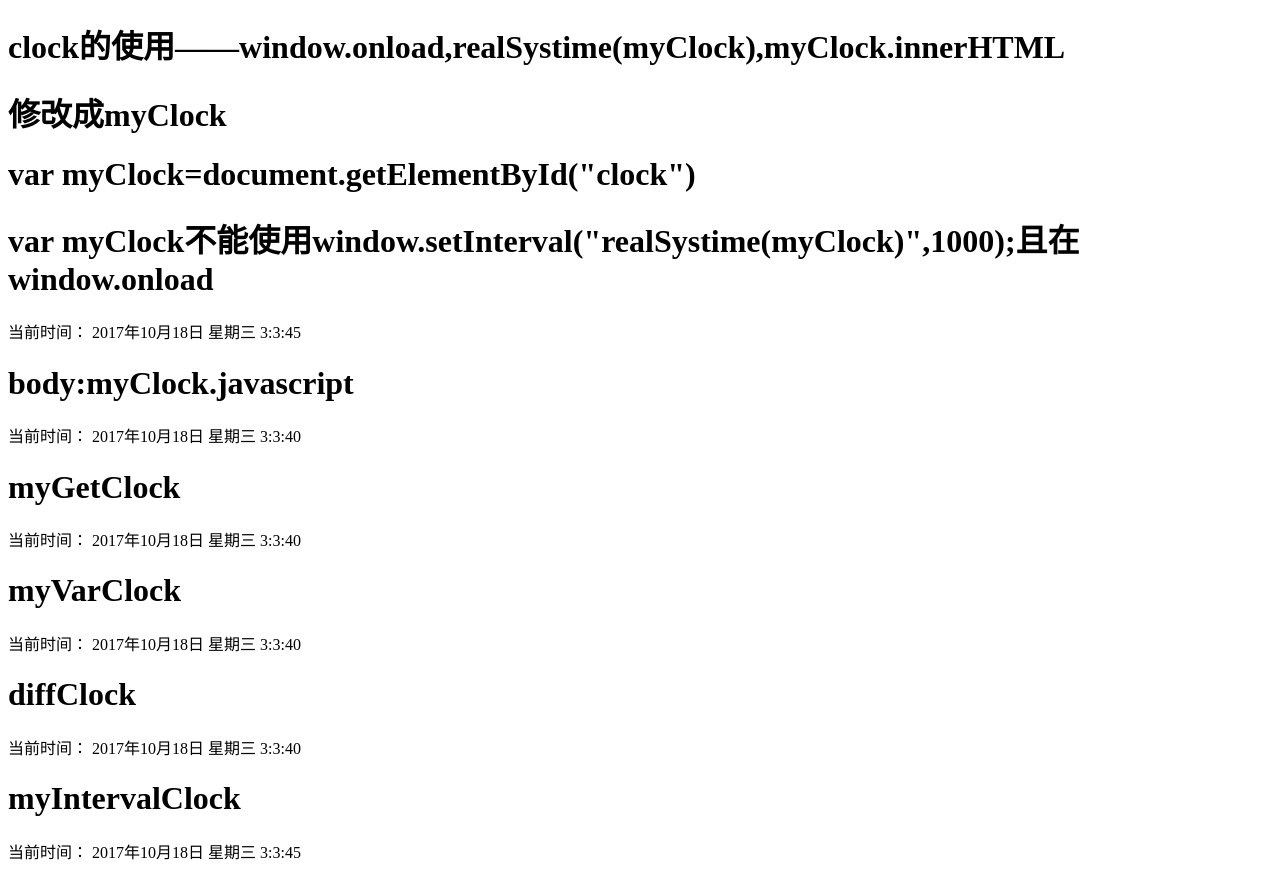
Repository: bookFireFly/bookFireFly
Page: JavaScriptMingriBook/Main/10实时显示系统时间.html
An editor plug-in stored every save of this project. The page is shown before and after the next save, followed by the edit.
The browser window is 1280 px wide. The pictures show the whole page.

Above is the page before, as saved 2017-10-20 09:58:55.

### JavaScriptMingriBook/Main/10实时显示系统时间.html
<!DOCTYPE html>
<html>
<head>
<meta charset="UTF-8">
<script type="text/javascript">
function realSystime(clock){
	var now=new Date();
	var year=now.getFullYear();
	var month=now.getMonth();
	var date=now.getDate();
	var day=now.getDay();
	var hour=now.getHours();
	var minu=now.getMinutes();
	var sec=now.getSeconds();
	month=month+1
	var arr_week=new Array("星期日","星期一","星期二","星期三","星期四","星期五","星期六")
	var week=arr_week[day];
	var time=year+"年"+month+"月"+date+"日 "+week+" "+hour+":"+minu+":"+sec;
	clock.innerHTML="当前时间： "+time;
}
window.onload=function(){
	window.setInterval("realSystime(clock)",1000);
}
</script>
<title>实时显示系统时间</title>
</head>
<body>
<h1>clock的使用——window.onload,realSystime(myClock),myClock.innerHTML</h1>
<h1>修改成myClock</h1>
<h1>var myClock=document.getElementById("clock")</h1>
<h1>var myClock不能使用window.setInterval("realSystime(myClock)",1000);且在window.onload</h1>
<div id="clock"></div>
<h1>body:myClock.javascript</h1>
<div id="myOnceClock"></div>
<script type="text/javascript">
	realSystime(myOnceClock);
</script>
<h1>myGetClock</h1>
<div id="myGetClock"></div>
<script type="text/javascript">
	realSystime(document.getElementById("myGetClock"));
</script>
<h1>myVarClock</h1>
<div id="myVarClock"></div>
<script type="text/javascript">
	var myVarClock=document.getElementById("myVarClock");
	realSystime(myVarClock);
</script>
<h1>diffClock</h1>
<div id="diffClock"></div>
<script type="text/javascript">
	var myDiffClock=document.getElementById("diffClock");
	realSystime(myDiffClock);
</script>
<h1>myIntervalClock</h1>
<div id="myIntervalClock"></div>
<script type="text/javascript">
	var myGetIntervalClock=document.getElementById("myIntervalClock");
	window.setInterval("realSystime(myGetIntervalClock)",1000);
</script>
</body>
</html>

After the next save:
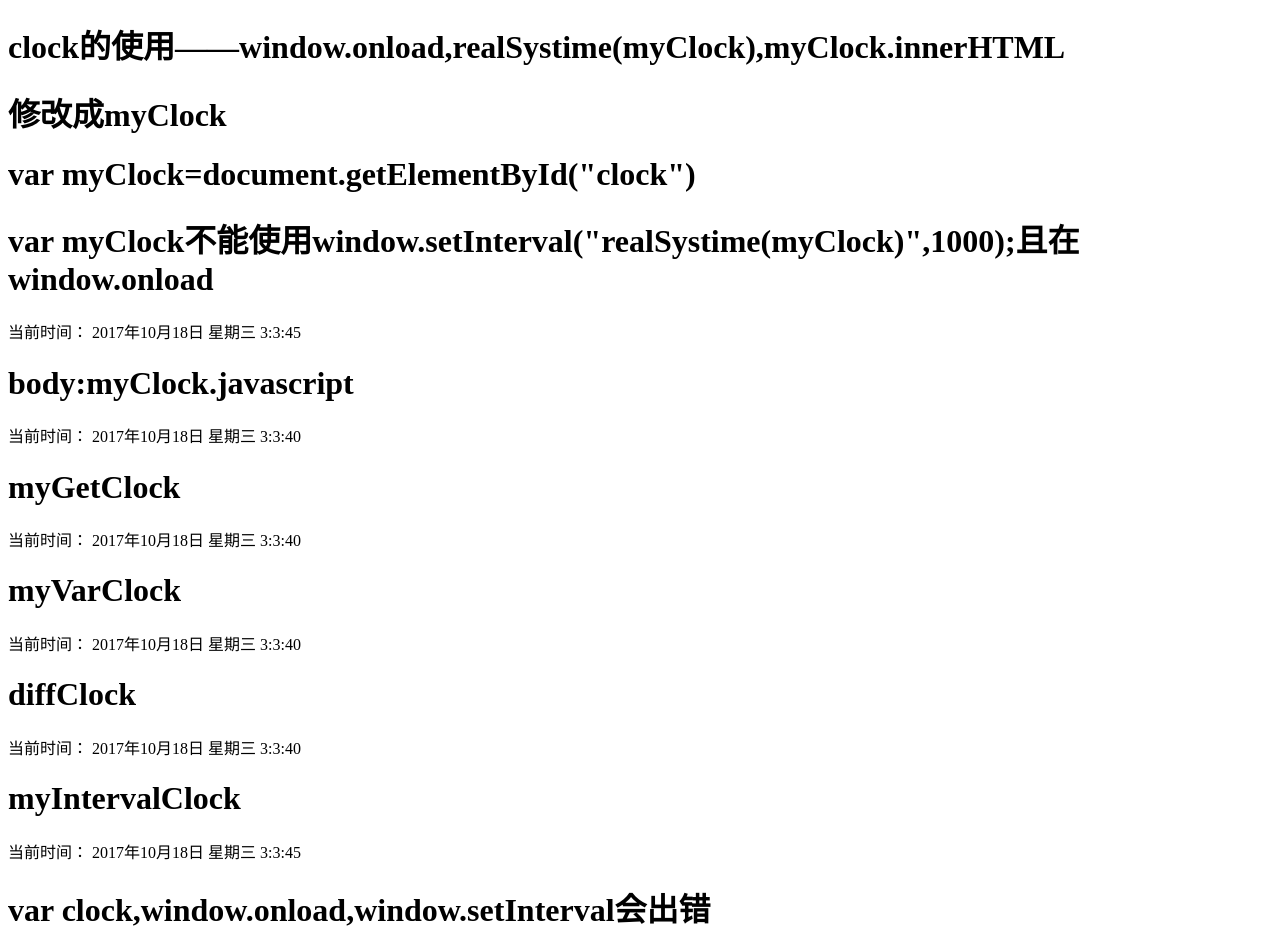
Saved 2 min 19 s later.
--- a/JavaScriptMingriBook/Main/10实时显示系统时间.html
+++ b/JavaScriptMingriBook/Main/10实时显示系统时间.html
@@ -59,4 +59,5 @@ window.onload=function(){
 	window.setInterval("realSystime(myGetIntervalClock)",1000);
 </script>
 </body>
+<h1>var clock,window.onload,window.setInterval会出错</h1>
 </html>
